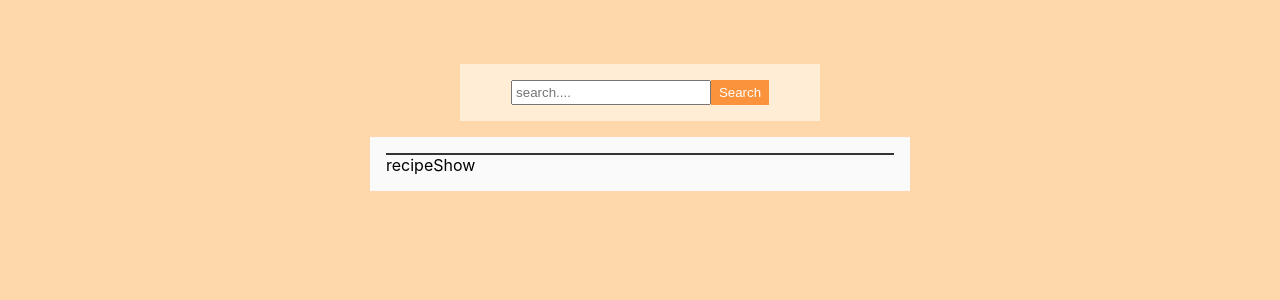
Repository: sandipkarmokar/recipeApp
Page: /
An editor plug-in stored every save of this project. The page is shown before and after the next save, followed by the edit.
The browser window is 1280 px wide. The pictures show the whole page.
The project was rebuilt for these pictures with package versions that can differ from the ones it lists, and the page was loaded fresh each time.

Above is the page before, as saved 2022-04-15 17:02:14.

### src/App.js
import { useEffect, useStata, useState } from 'react';
import ListView from './components/listView';
import SearchBar from './components/searchBar';
import RecipeShow from './components/recipeShow';
import './App.css';

function App() {
    const [query, setQuery] = useState('');
    const [isLoading, setIsLoading] = useState(true);
    const [recipeIngredients, setRecipeIngredients] = useState([]);
    const [recipeList, setRecipeList] = useState([]);
    const [recipeId, setRecipeId] = useState();
    const [recipe, setRecipe] = useState([]);

    const url = `https://forkify-api.herokuapp.com/api/search?q=${query}`;
    const urlRecipe = `https://forkify-api.herokuapp.com/api/get?rId=${recipeId}`;

    const fetchData = async (e) => {
        e.preventDefault();
        try {
            const response = await fetch(url);
            const data = await response.json();
            setRecipeList(data.recipes);
            setIsLoading(false);
            setQuery('');
        } catch (error) {
            console.log(error);
        }
    };

    const fetchRecipe = async () => {
        try {
            const response = await fetch(urlRecipe);
            const data = await response.json();
            setRecipe(data);
            console.log(recipe, recipeId);
        } catch (error) {
            console.log(error);
        }
    };
    return (
        <div className="app">
            <div className="app-container">
                <SearchBar
                    query={query}
                    setQuery={setQuery}
                    fetchData={fetchData}
                ></SearchBar>
                <div className="app-modal">
                    <ListView
                        recipeList={recipeList}
                        setRecipeId={setRecipeId}
                        fetchRecipe={fetchRecipe}
                    ></ListView>
                    <RecipeShow></RecipeShow>
                </div>
            </div>
        </div>
    );
}

export default App;

### src/components/listView.js
import React from 'react';

const ListView = ({ recipeList, setRecipeId, fetchRecipe }) => {
    console.log(recipeList);
    const handleRecipe = (id) => {
        let numberId = parseInt(id);
        console.log(typeof numberId);
        setRecipeId(id);
        fetchRecipe();
    };

    return (
        <div className="recipeList">
            <div className="recipeList-container">
                {recipeList.map((el) => {
                    console.log(typeof el.recipe_id);
                    return (
                        <>
                            <p>{el.title}</p>
                            <img src={el.image_url} alt="" />
                            <p>{el.recipe_id}</p>
                            <p
                                onClick={() => {
                                    handleRecipe(el.recipe_id);
                                }}
                            >
                                Know More
                            </p>
                        </>
                    );
                })}
            </div>
        </div>
    );
};

export default ListView;

### src/components/searchBar.js
import React from 'react';

const SearchBar = ({ query, setQuery, fetchData }) => {
    return (
        <div className="searchBar">
            <div className="searchBar-container">
                {/* <div className="logo">FooD IT</div> */}
                <form onSubmit={fetchData} className="search">
                    <input
                        type="text"
                        placeholder="search...."
                        value={query}
                        onChange={(e) => setQuery(e.target.value)}
                    />
                    <button type="submit">Search</button>
                </form>
            </div>
        </div>
    );
};

export default SearchBar;

### src/components/recipeShow.js
import React from 'react';

const RecipeShow = () => {
    return <div>recipeShow</div>;
};

export default RecipeShow;

### src/App.css
* {
    margin: 0;
    padding: 0;
    box-sizing: border-box;
}

.app {
    height: 100vh;
    width: 100vw;
    background-color: #fed7aa;
    overflow: hidden;
    padding: 4rem 0;
}

.app .app-container {
    width: 600px;
    margin: 0 auto;
}
.app .app-container .searchBar {
    width: 60%;
    margin: 0 auto;
    background-color: #ffedd5;
}
.app .app-container .searchBar .searchBar-container {
    padding: 1rem 2rem;
    background-color: #ffedd5;
}
.app .app-container .searchBar .searchBar-container .search {
    display: flex;
    align-items: center;
    justify-content: center;
}
.app .app-container .searchBar .searchBar-container .search input {
    display: flex;
    width: 200px;
    padding: 0.2rem;
}

.app .app-container .searchBar .searchBar-container .search button {
    border: none;
    background-color: #fb923c;
    padding: 0.3rem 0.5rem;
    color: #fff;
    cursor: pointer;
}
.app .app-container .searchBar .searchBar-container .search button:hover {
    background-color: #f97316;
}

.app .app-container .app-modal {
    width: 90%;
    margin: 1rem auto;
    background-color: #fafafa;
    padding: 1rem;
}

.app .app-container .app-modal .recipeList {
    border: 1px solid #333;
}

Loaded but not shown: public/index.html (common file); src/index.js (common file); src/index.css (common file); src/reportWebVitals.js (common file)

After the next save:
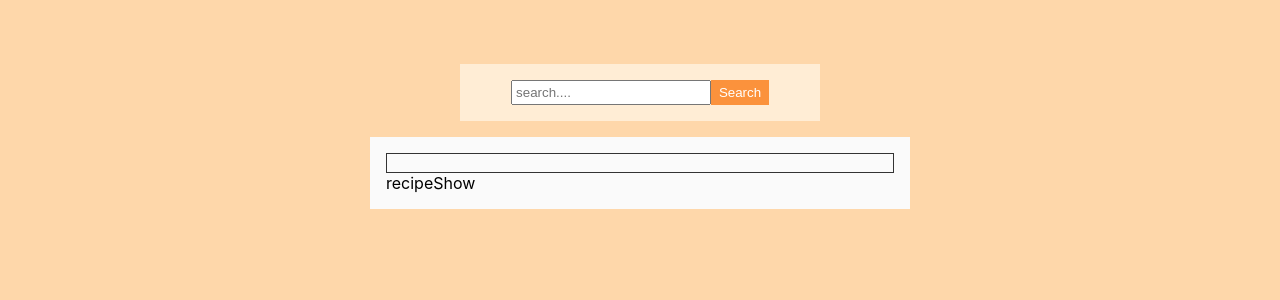
Saved 14 s later.
--- a/src/App.css
+++ b/src/App.css
@@ -56,4 +56,5 @@
 
 .app .app-container .app-modal .recipeList {
     border: 1px solid #333;
+    height: 20px;
 }
